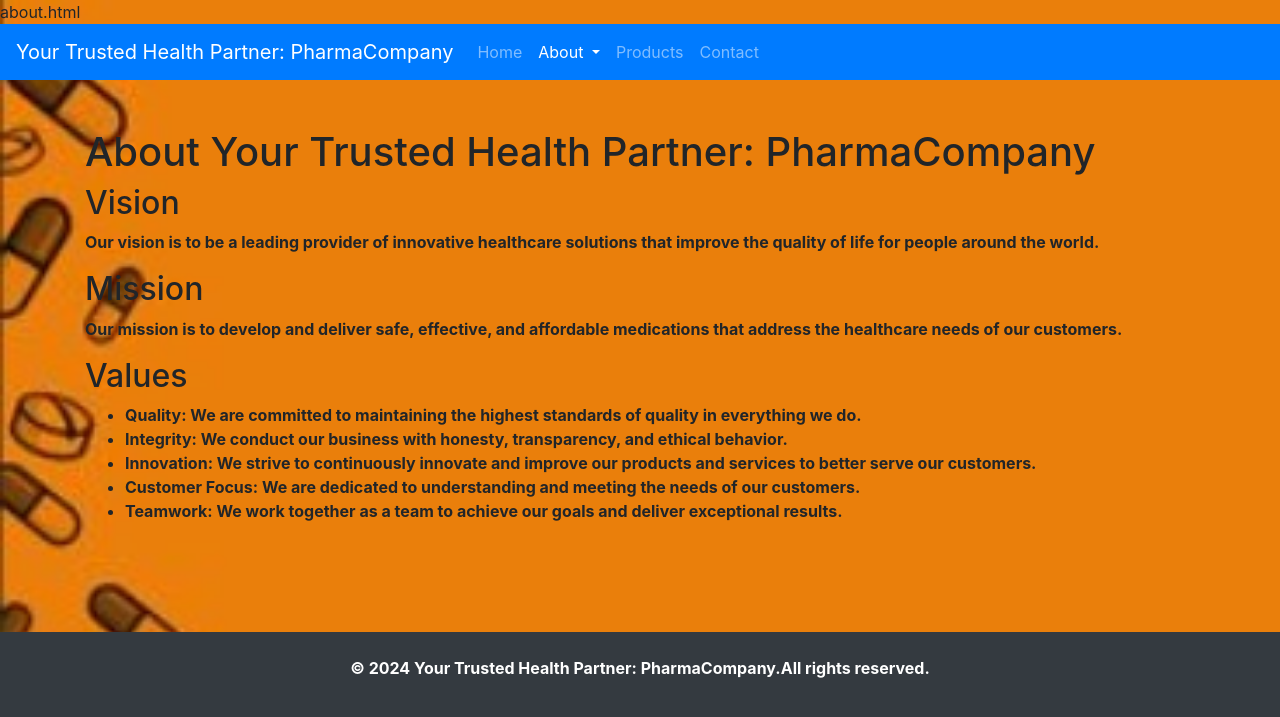
Repository: Oviya24032K6/Pharma
Page: oviya/pharmapp/static/about.html
An editor plug-in stored every save of this project. The page is shown before and after the next save, followed by the edit.
The browser window is 1280 px wide. The pictures show the whole page.

Above is the page before, as saved 2024-05-06 23:29:55.

### oviya/pharmapp/static/about.html
about.html

<!DOCTYPE html>
<html lang="en">
<head>
  <meta charset="UTF-8">
  <meta name="viewport" content="width=device-width, initial-scale=1.0">
  <title> Your Trusted Health Partner: PharmaCompany</title>
  <!-- Bootstrap CSS -->
  <link href="https://stackpath.bootstrapcdn.com/bootstrap/4.5.2/css/bootstrap.min.css" rel="stylesheet">
  <!-- Custom CSS -->
  <style>
    body {
      background-image: url("orange.jpg");
      background-size: cover;
      background-repeat: no-repeat;
    }
    footer{
    position: fixed;
      left: 0;
      bottom: 0;
      width: 100%;
      background-color: #030508;
      color: white;
      text-align: center;
      padding: 10px 0;
    }
  </style>
</head>
<body>

  <!-- Navbar -->
  <nav class="navbar navbar-expand-lg navbar-dark bg-primary">
    <a class="navbar-brand" href="#"> Your Trusted Health Partner: PharmaCompany</a>
    <button class="navbar-toggler" type="button" data-toggle="collapse" data-target="#navbarSupportedContent" aria-controls="navbarSupportedContent" aria-expanded="false" aria-label="Toggle navigation">
      <span class="navbar-toggler-icon"></span>
    </button>

    <div class="collapse navbar-collapse" id="navbarSupportedContent">
      <ul class="navbar-nav mr-auto">
        <li class="nav-item">
          <a class="nav-link" href="web.html">Home</a>
        </li>
        <li class="nav-item dropdown active">
          <a class="nav-link dropdown-toggle" href="about.html" id="navbarDropdownAbout" role="button" data-toggle="dropdown" aria-haspopup="true" aria-expanded="false">
            About
          </a>
          <div class="dropdown-menu" aria-labelledby="navbarDropdownAbout">
            <a class="dropdown-item" href="#vision">Vision</a>
            <a class="dropdown-item" href="#mission">Mission</a>
            <a class="dropdown-item" href="#values">Values</a>
            <!-- Add more subheadings as needed -->
          </div>
        </li>
        <li class="nav-item">
          <a class="nav-link" href="product.html">Products</a>
        </li>
        <li class="nav-item">
          <a class="nav-link" href="#">Contact</a>
        </li>
      </ul>
    </div>
  </nav>

  <!-- Page Content -->
  <b>
  <div class="container mt-5">
    <div class="row">
      <div class="col-md-12">
        <h1>About  Your Trusted Health Partner: PharmaCompany</h1>
        <div id="vision">
          <h2>Vision</h2>
          <p>Our vision is to be a leading provider of innovative healthcare solutions that improve the quality of life for people around the world.</p>
        </div>
        <div id="mission">
          <h2>Mission</h2>
          <p>Our mission is to develop and deliver safe, effective, and affordable medications that address the healthcare needs of our customers.</p>
        </div>
        <div id="values">
          <h2>Values</h2>
          <ul>
            <li>Quality: We are committed to maintaining the highest standards of quality in everything we do.</li>
            <li>Integrity: We conduct our business with honesty, transparency, and ethical behavior.</li>
            <li>Innovation: We strive to continuously innovate and improve our products and services to better serve our customers.</li>
            <li>Customer Focus: We are dedicated to understanding and meeting the needs of our customers.</li>
            <li>Teamwork: We work together as a team to achieve our goals and deliver exceptional results.</li>
          </ul>
        </div>
        <!-- Add more subheadings as needed -->
      </div>
    </div>
  </div>

  <!-- Footer -->
  <footer class="bg-dark text-white text-center py-4 mt-5">
    <p>&copy; 2024  Your Trusted Health Partner: PharmaCompany.All rights reserved.</p>
    <p></p>
  </footer>
</b>
  <!-- Bootstrap JS -->
  <script src="https://code.jquery.com/jquery-3.5.1.slim.min.js"></script>
  <script src="https://cdn.jsdelivr.net/npm/popper.js@1.16.1/dist/umd/popper.min.js"></script>
  <script src="https://stackpath.bootstrapcdn.com/bootstrap/4.5.2/js/bootstrap.min.js"></script>
</body>
</html>

After the next save:
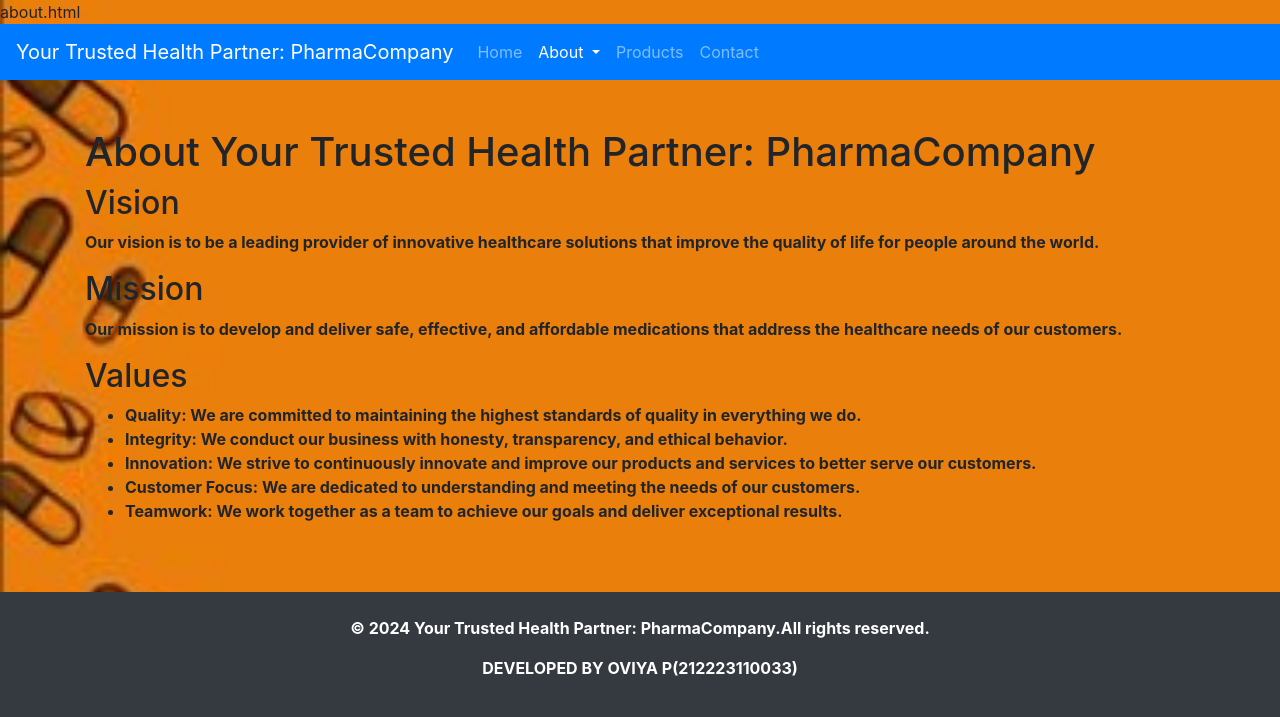
Saved 13 s later.
--- a/oviya/pharmapp/static/about.html
+++ b/oviya/pharmapp/static/about.html
@@ -94,7 +94,7 @@ about.html
   <!-- Footer -->
   <footer class="bg-dark text-white text-center py-4 mt-5">
     <p>&copy; 2024  Your Trusted Health Partner: PharmaCompany.All rights reserved.</p>
-    <p></p>
+    <p>DEVELOPED BY OVIYA P(212223110033)</p>
   </footer>
 </b>
   <!-- Bootstrap JS -->
